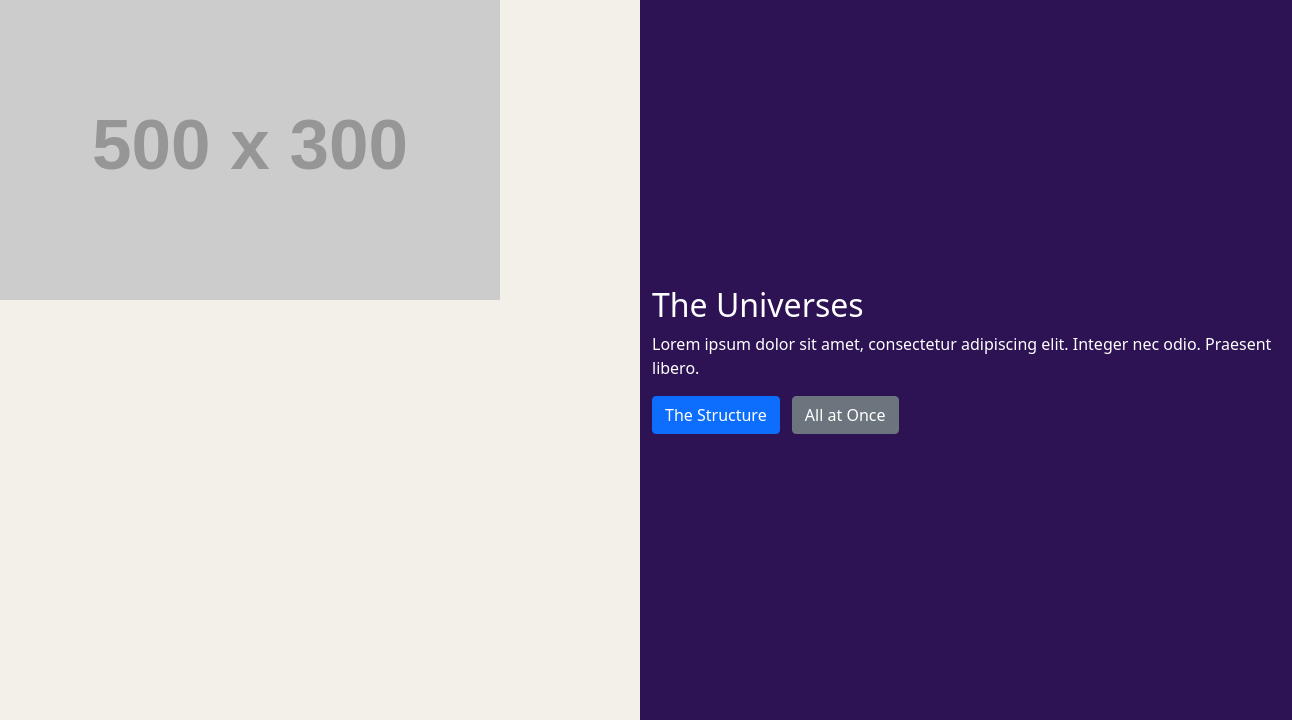
Repository: angelica-hom/msdv-thesis
Page: universes.html
The author's editor kept a record of every edit. The page is drawn from the files as they stood at one moment, then again after the next edit.
The browser window is 1280 px wide. The page is 1292 px wide, so the pictures cover 1292 px, including what lies to the right of the window. The pictures show the whole page.

Above is the page before.

After the next edit:
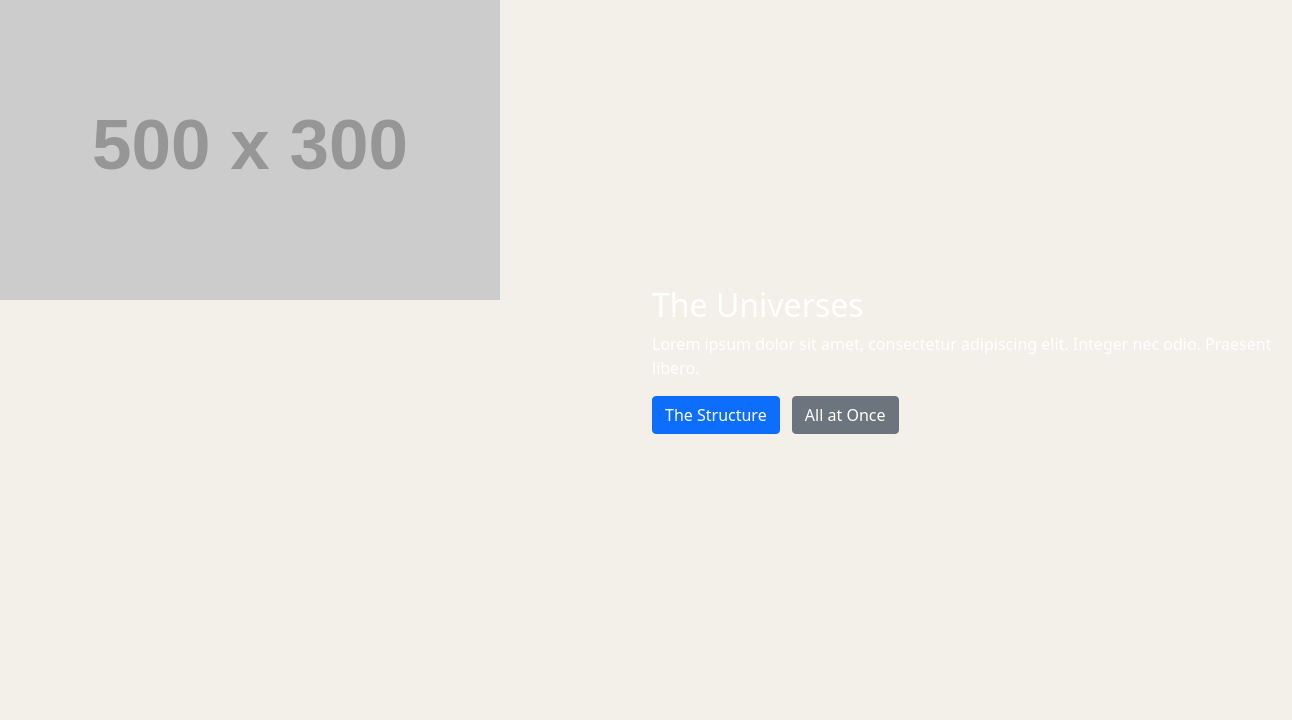
The edit:
--- a/universes.html
+++ b/universes.html
@@ -4,7 +4,7 @@
     <meta charset="utf-8">
     <meta name="viewport" content="width=device-width, initial-scale=1">
     <link href="https://cdn.jsdelivr.net/npm/bootstrap@5.1.3/dist/css/bootstrap.min.css" rel="stylesheet">
-    <link href="structure.css" rel="stylesheet">
+    <link href="universes.css" rel="stylesheet">
     <title>Responsive Webpage with Image and Text</title>
 </head>
 <body>
